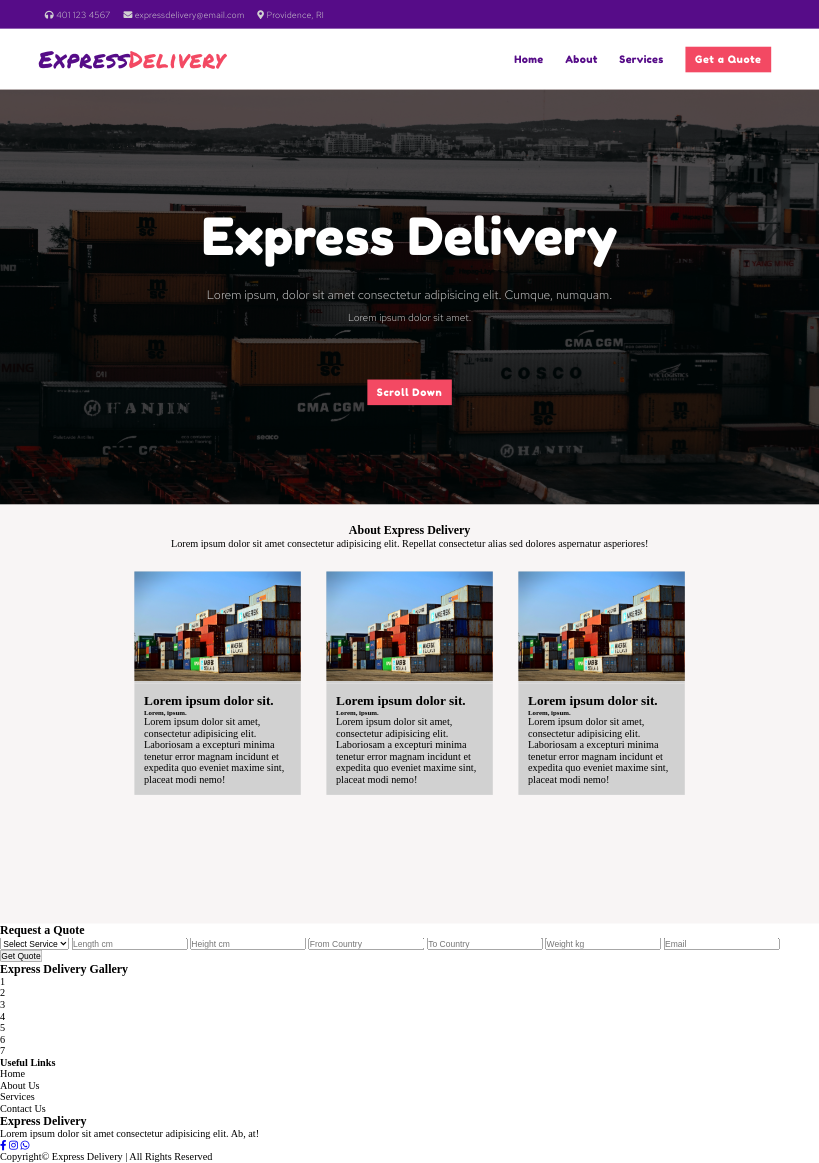
Repository: just-mann/express-delivery
Page: index.html
The author's editor kept a copy of each file at every save. The page is drawn from the files as they stood at one save, then again after the next save.
The browser window is 1280 px wide. The pictures show the whole page, at 64% of full size.
The style sheet was rebuilt from its Sass, Less or Tailwind sources for each picture, by a compiler version that may differ from the author's.

Above is the page before, as saved 2021-06-30 14:42:47.

After the next save:
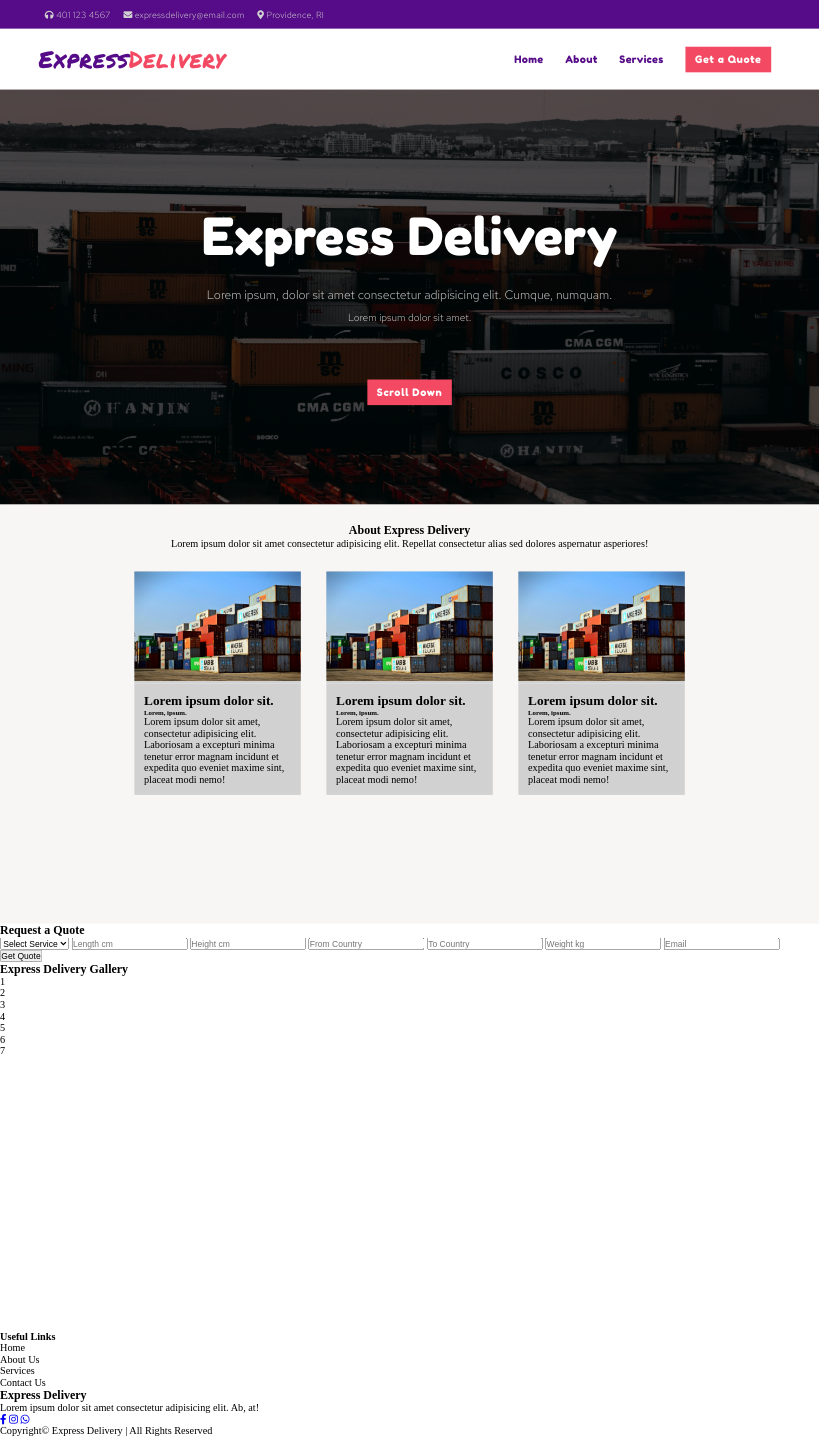
Saved 3 min 1 s later.
--- a/Sass/style.scss
+++ b/Sass/style.scss
@@ -219,3 +219,7 @@ header {
         }
     }
 }
+
+.gallery {
+    height: 80vh;
+}
